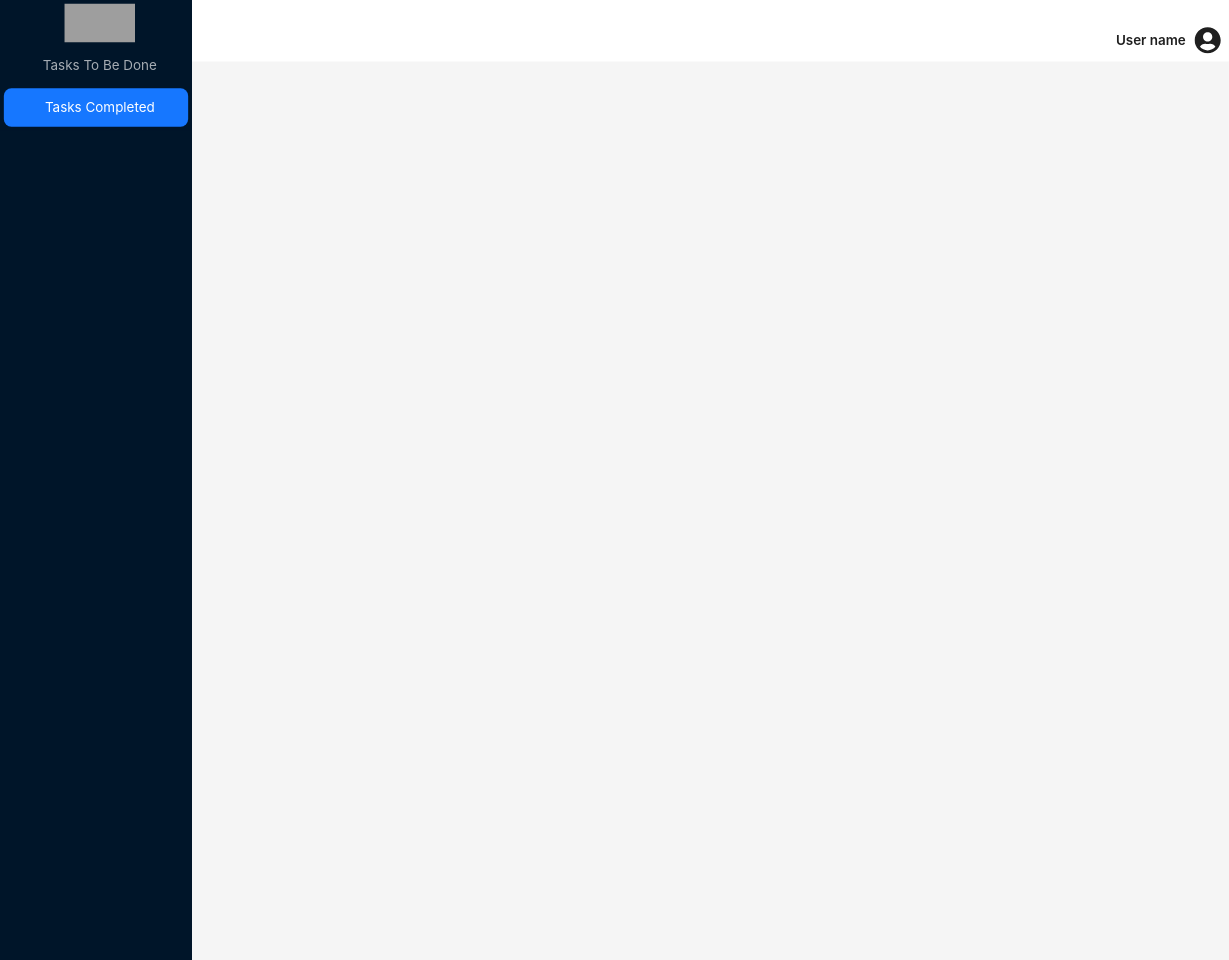
Repository: runner855/todolist_new
Page: /
These files come from the project's save history. The page is drawn as it stood at one moment and after the next save; the edit follows.
The browser window is 1280 px wide. The pictures show the whole page, at 96% of full size.
Pictures or frames that could not be fetched are drawn as grey boxes. The project was rebuilt for these pictures with package versions that can differ from the ones it lists, and the page was loaded fresh each time.

Above is the page before, as saved 2023-03-19 17:43:07.

### src/index.tsx
import React from "react";
import ReactDOM from "react-dom/client";
import "./index.css";
import { App } from "./App";
import { BrowserRouter } from "react-router-dom";

const root = ReactDOM.createRoot(
  document.getElementById("root") as HTMLElement
);
root.render(
  <React.StrictMode>
    <BrowserRouter>
    <App />
    </BrowserRouter>
  </React.StrictMode>
);

### src/App.tsx
import React from 'react';
import './App.css';
import { NavBar } from './components/NavBar/NavBar';

export const App = () =>{
  return (
    <div className="App">
      <NavBar/>

    </div>
  );
}

### src/components/NavBar/NavBar.tsx
import React from 'react';

import { Layout, Menu, theme } from 'antd';
import { FaUserCircle } from 'react-icons/fa';
import { PagesArray } from '../../Utilities/Utility'
import "../NavBar/NavBar.css";

const { Header, Content, Footer, Sider } = Layout;

export const NavBar = () => {

  const {
    token: { colorBgContainer },
  } = theme.useToken();

  return (
      <Layout>
      <Sider
        breakpoint="lg"
        collapsedWidth="0"
        style={{height:1000}}
        onBreakpoint={(broken) => {
          console.log(broken);
        }}
        onCollapse={(collapsed, type) => {
          console.log(collapsed, type);
        }}
      >
        <div className="logo" />
        <Menu
          theme="dark"
          mode="inline"
          defaultSelectedKeys={['2']}
          items={PagesArray && PagesArray.map(
            (item, index) => ({
              key: index,

              label:  item.label ? item.label :
              <img  className="logo"src={item.image} alt="logo"/>
            }),
          )}


        />
      </Sider>
      <Layout>
        <Header style={{ padding: 0, background: colorBgContainer }}>
        <div className='avatar_container'>
          <ul className='user'>
            <li className='user_text'>User name</li>
            <li className='user_icon'><FaUserCircle/></li>

          </ul>
          </div>

        </Header>
      </Layout>
    </Layout>
   );
}

### src/Utilities/Utility.tsx
import { TASKS_TO_BE_DONE, TASKS_COMPLETED } from '../Constants/Dictionary';
import { AppUrls } from '../Types/appTypes';
import { LOGO } from '../Constants/Dictionary';
export const PagesArray = [
  {image:LOGO},
  {label: TASKS_TO_BE_DONE, to: AppUrls.TASKS_TO_BE_DONE},
  {label: TASKS_COMPLETED, to: AppUrls.TASKS_COMPLETED},

]

### src/components/NavBar/NavBar.css
#components-layout-demo-responsive .logo {
  height: 32px;
  margin: 16px;
  background: rgba(255, 255, 255, 0.2);
}

li {
  list-style-type: none;
}

.user {
  display: flex;
  flex-direction: row;
  justify-content: right;
}

.user_icon {
  font-size: 2em;
  margin-right: 0.1em;
  margin: 0em 0.3em 0em 0.3em;
}

.user_text {
  line-height: 4;
  font-weight: 600;
}

img {
  height: 4em;
}

### src/Constants/Dictionary.ts
export const TASKS_TO_BE_DONE = "Tasks To Be Done";
export const TASKS_COMPLETED = "Tasks Completed"
export const LOGO = "https://pbs.twimg.com/profile_images/964093705748729856/nzx2mHKW_400x400.jpg";

### src/Types/appTypes.tsx

export enum AppUrls {
  TASKS_TO_BE_DONE = `/tasks_to_be_done`,
  TASKS_COMPLETED = "/tasks_copleted",

}

export enum LanguageEnum {
  EN = "en",
}

Loaded but not shown: public/index.html (common file); src/index.css (common file); src/App.css (common file)

After the next save:
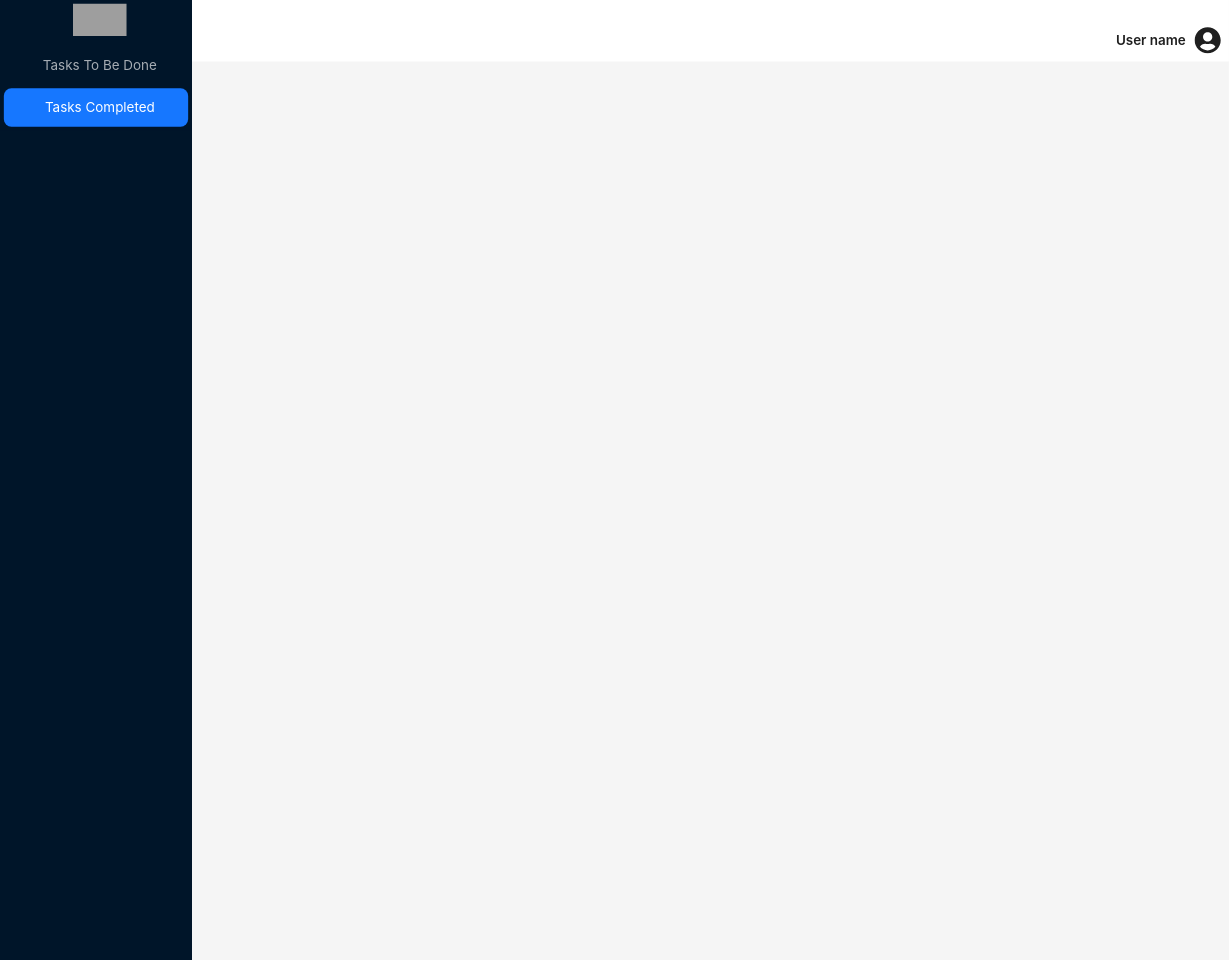
Saved 6 s later.
--- a/src/components/NavBar/NavBar.css
+++ b/src/components/NavBar/NavBar.css
@@ -26,5 +26,5 @@ li {
 }
 
 img {
-  height: 4em;
+  height: 3em;
 }
